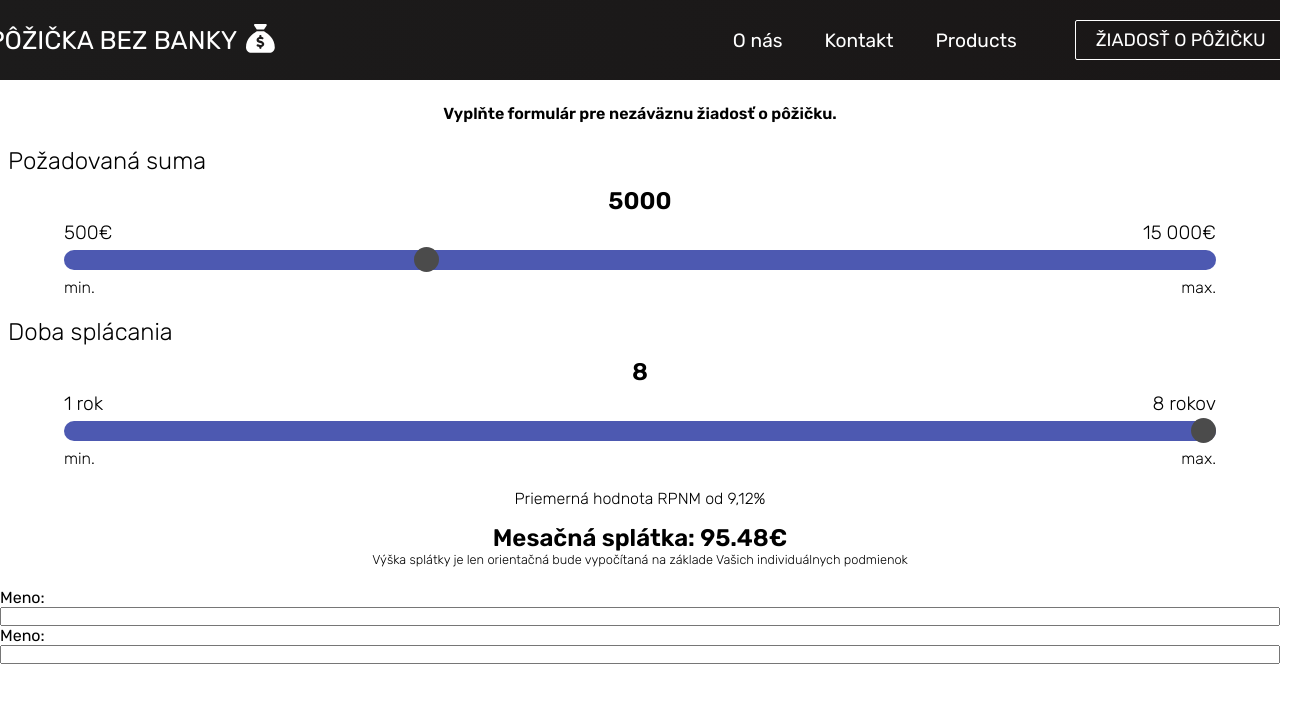
Repository: steve-lgtm/React-website-pozickabezbanky
Page: /ziadost
These files come from the project's save history. The page is drawn as it stood at one moment and after the next save; the edit follows.
The browser window is 1280 px wide. The page is 1305 px wide, so the pictures cover 1305 px, including what lies to the right of the window. The pictures show the whole page.
Some web libraries are served in a nearby version. The project was rebuilt for these pictures with package versions that can differ from the ones it lists, and the page was loaded fresh each time. Also part of the build but not shown: src/components/pages/Home.js, src/components/pages/Kontakt.js, src/components/pages/Products.js.

Above is the page before, as saved 2022-07-09 00:02:30.

After the next save:
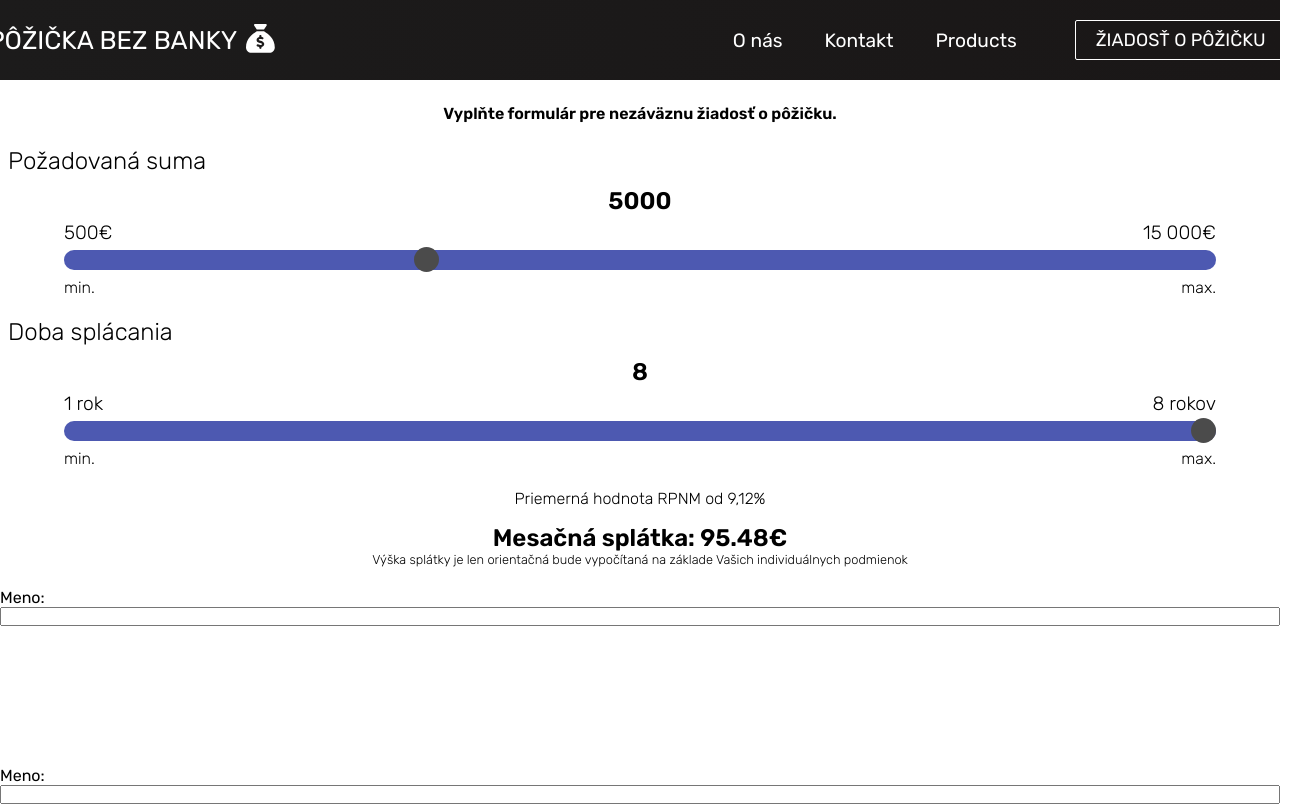
Saved 6 s later.
--- a/src/components/pages/Ziadost.css
+++ b/src/components/pages/Ziadost.css
@@ -83,7 +83,7 @@ font-weight: 300;
     display: flex;
     flex-direction: column;
     justify-content:space-between;
-    height: 10vh;
+    height: 30vh;
 }
 .personal-data-field{
     display: flex;
